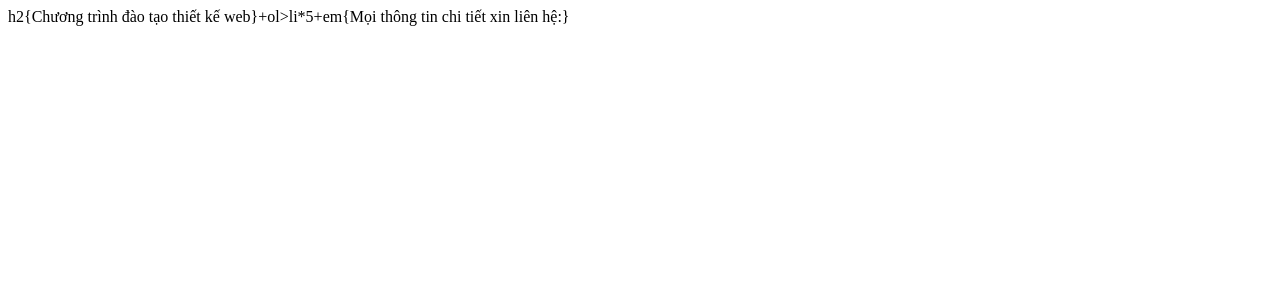
Repository: tuiladev/TKW
Page: ListTag/index.html
These files come from the project's save history. The page is drawn as it stood at one moment and after a run of saves; the edit follows.
The browser window is 1280 px wide. The pictures show the whole page.

Above is the page before, as saved 2022-03-15 22:28:15.

After the next 6 saves:
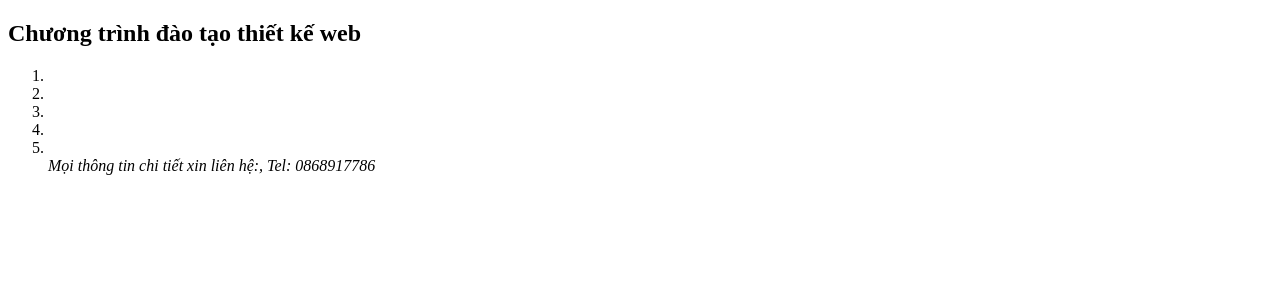
The 6 saves are shown as one change because they came seconds apart.
The last was saved 18 s later.
--- a/ListTag/index.html
+++ b/ListTag/index.html
@@ -7,6 +7,14 @@
     <title>21115053120156 _ Đặng Văn Trung</title>
   </head>
   <body>
-    h2{Chương trình đào tạo thiết kế web}+ol>li*5+em{Mọi thông tin chi tiết xin liên hệ:}
+    <h2>Chương trình đào tạo thiết kế web</h2>
+    <ol>
+      <li></li>
+      <li></li>
+      <li></li>
+      <li></li>
+      <li></li>
+      <em>Mọi thông tin chi tiết xin liên hệ:, Tel: 0868917786</em>
+    </ol>
   </body>
 </html>
